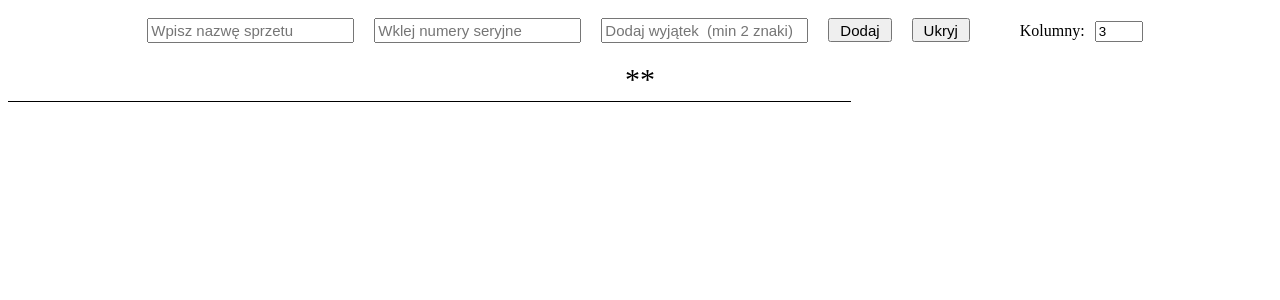
Repository: sypekk/codes-printer
Page: /, after clicking the first element matching `button`
The author's editor kept a copy of each file at every save. The page is drawn from the files as they stood at one save, then again after the next save.
The browser window is 1280 px wide. The pictures show the whole page.
Some web fonts or font styles are not loaded; a fallback is used. The project was rebuilt for these pictures with package versions that can differ from the ones it lists, and the page was loaded fresh each time.

Above is the page before, as saved 2019-05-03 18:13:27.

### public/index.html
<!DOCTYPE html>
<html lang="pl">

<head>
  <meta charset="utf-8">
  <link rel="shortcut icon" href="%PUBLIC_URL%/favicon.ico">
  <meta name="viewport" content="width=device-width, initial-scale=1, shrink-to-fit=no">
  <meta name="theme-color" content="#000000">
  <link rel="manifest" href="%PUBLIC_URL%/manifest.json">
  <title>Generator Kodów</title>
</head>

<body>
  <div id="root"></div>
</body>

</html>

### src/App.js
import React, { Component } from 'react';
import './App.css';
import Inputer from './components/Inputer/Inputer';
import styled from 'styled-components';
import Table from './components/Table/Table';


const Containter = styled('div')`
    display: grid;
    grid-template-columns: repeat(${(props) => props.number}, 1fr);
    grid-template-rows: repeat(auto - fill, 1fr);
`

class App extends Component {
  state = ({
    text: '',
    list: [],
    off: false,
    title: '',
    columns: 3,
    exceptions: '',
  })

  handleButtonAdd = () => {
    const text = this.state.text;
    const title = this.state.title;

    const exceptions = this.state.exceptions;
    let newString = '';
    if (exceptions.length > 1) {
      const zonk = exceptions.slice(0, exceptions.length - 1);
      newString = text.replace(new RegExp(exceptions, 'gi'), `${zonk}ZONKZONKZONK`);
    } else {
      newString = text;
    }

    const split = newString.split(' ');
    split.forEach(items => {
      const tmp = items.split('\t');
      const item = {
        title: title,
        serials: tmp,
      }
      this.setState(prevState => ({
        list: [...prevState.list, item]
      }))
    })
    this.setState({
      text: '',
      title: '',
    })
  }

  handleButtonHide = () => {
    this.setState({
      off: true,
    })
  }

  handleChange = (e) => {
    this.setState({
      [e.target.name]: e.target.value,
    })
  }

  render() {
    return (
      <>
        {!this.state.off ? <Inputer
          {...this.state}
          changeFn={this.handleChange}
          hideFn={this.handleButtonHide}
          addFn={this.handleButtonAdd}
        /> : null}
        <Containter number={this.state.columns}>
          {this.state.list.length > 0 && <Table list={this.state.list} />}
        </Containter>
      </>
    );
  }
}

export default App;

### src/components/Inputer/Inputer.js
import React from 'react';
import styled from 'styled-components';
import Button from './../Button/Button';


const StyledNumberInput = styled.input`
  width: 40px;
  margin-left: 10px;
`

const StyledInput = styled.input`
  font-size: 15px;
  padding: 2px;
  margin: 0px 10px;
`;

const Wrapper = styled.div`
  text-align: center;
`;

const StyledLabel = styled.label`
  margin-left: 40px;
`;


const Inputer = ({ changeFn, hideFn, addFn, exceptions, text, title, columns, ...props }) => (
  <Wrapper disabled={props.off ? true : false} >
    <StyledInput placeholder='Wpisz nazwę sprzetu' name='title' onChange={changeFn} value={title} />
    <StyledInput placeholder='Wklej numery seryjne' name='text' type="text" onChange={changeFn} value={text} />
    <StyledInput placeholder='Dodaj wyjątek  (min 2 znaki)' name='exceptions' onChange={changeFn} value={exceptions} />
    <Button fn={addFn}>Dodaj</Button>
    <Button fn={hideFn}>Ukryj</Button>
    <StyledLabel>
      Kolumny:
      <StyledNumberInput type='number' min='2' max='9' name='columns' onChange={changeFn} value={columns} />
    </StyledLabel>

  </Wrapper>
)

export default Inputer;

### src/components/Table/Table.js
import React from 'react';
import styled from 'styled-components';
import Name from './../Name/Name';
import Serial from './../Serial/Serial';

const Table = (props) => (
  <>
    {props.list.map(items => (
      <>
        <Name key={items.item} title={items.title} />
        {items.serials.map(item => (
          <Serial key={item} serial={item} />
        )
        )}
      </>
    )
    )}
  </>
)



export default Table;

### src/components/Button/Button.js
import React from 'react';
import styled from 'styled-components';

const StyledButton = styled.button`
  font-size: 15px;
  min-width: 50px;
  height: 24px;
  cursor: pointer;
  margin: 10px;
  padding: 0 10px;
`;

const Button = ({ children, fn, ...props }) => (
  <StyledButton onClick={fn}>
    {children}
  </StyledButton>
)

export default Button;

### src/components/Name/Name.js
import React from 'react';
import styled from 'styled-components';


const StyledName = styled.div`
    padding: 15px 5px 5px;
    text-align: center;
    border-bottom: 1px solid black;
`;

const Name = (props) => (
  <StyledName>{props.title}</StyledName>
)


export default Name;

### src/components/Serial/Serial.js
import React from 'react';
import styled from 'styled-components';


const StyledSerial = styled.div`
  font-family: "Libre Barcode 39 Text";
  font-size: 30px;
  padding: 10px 5px 5px;
  text-align: center;
  border-bottom: 1px solid black;
`;

const Serial = (props) => {
  const serial = props.serial.replace('ZONKZONKZONK', ' ');
  return (
    <StyledSerial>{`*${serial}*`}</StyledSerial>
  )
}

export default Serial;

### src/App.css
/* @import url('https://fonts.googleapis.com/css?family=Libre+Barcode+39+Extended+Text'); */
/* @import url('https://fonts.googleapis.com/css?family=Libre+Barcode+39+Text');

* {
  margin: 0;
  padding: 0;
  box-sizing: border-box;
} */

Loaded but not shown: src/index.js (common file)

After the next save:
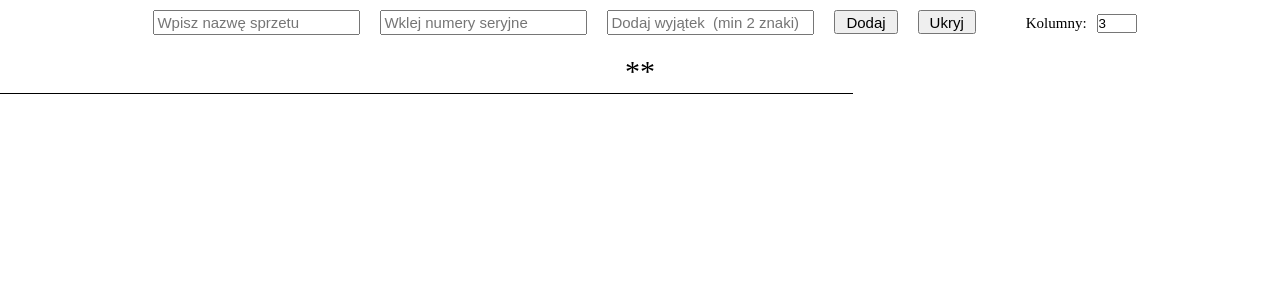
Saved 12 s later.
--- a/src/App.css
+++ b/src/App.css
@@ -1,8 +1,19 @@
 /* @import url('https://fonts.googleapis.com/css?family=Libre+Barcode+39+Extended+Text'); */
-/* @import url('https://fonts.googleapis.com/css?family=Libre+Barcode+39+Text');
+@import url('https://fonts.googleapis.com/css?family=Libre+Barcode+39+Text');
 
 * {
   margin: 0;
   padding: 0;
   box-sizing: border-box;
-} */
+}
+
+div {
+  font-size: 15px;
+  text-align: center;
+  /* font-family: Arial, Helvetica, sans-serif; */
+}
+
+
+label {
+  margin-left: 40px;
+}
